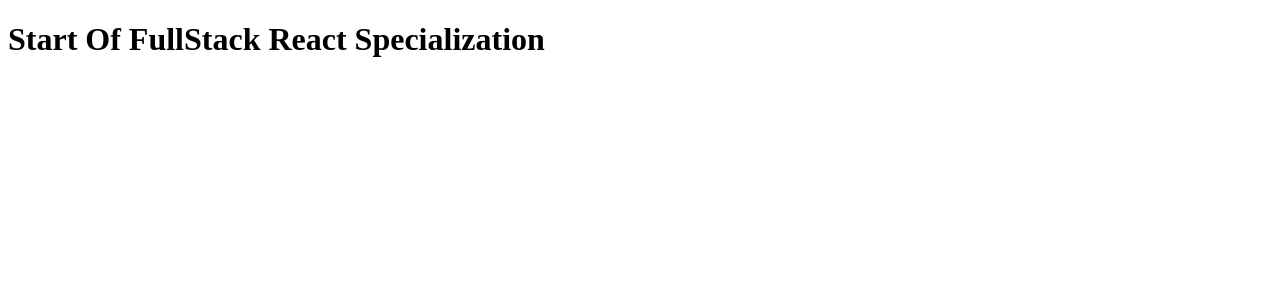
Repository: h-mactavish/fullStack-React-Course1
Page: index.html
The author's editor kept a copy of each file at every save. The page is drawn from the files as they stood at one save, then again after the next save.
The browser window is 1280 px wide. The pictures show the whole page.

Above is the page before, as saved 2022-04-22 15:54:18.

After the next save:
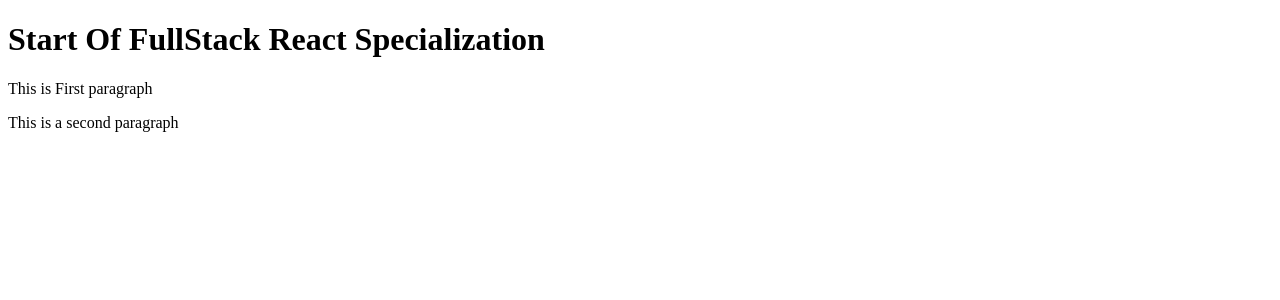
Saved 6 min 45 s later.
--- a/index.html
+++ b/index.html
@@ -7,6 +7,8 @@
 
 <body>
 	<h1>Start Of FullStack React Specialization</h1>
+	<p>This is First paragraph</p>
+	<p>This is a second paragraph</p>
 </body>
 
 </html>
